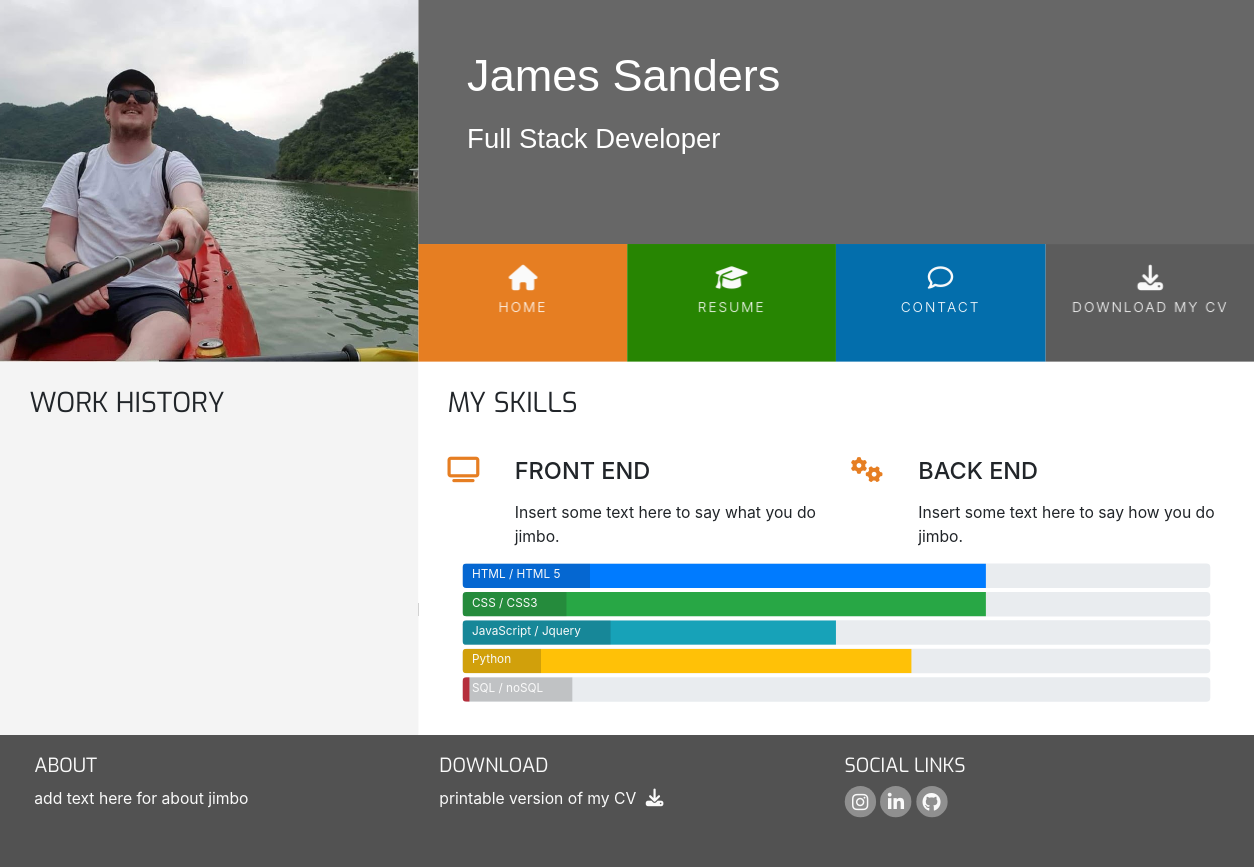
Repository: JaySanders95/my-online-resume
Page: resume.html
An editor plug-in stored every save of this project. The page is shown before and after the next save, followed by the edit.
The browser window is 1280 px wide. The pictures show the whole page, at 98% of full size.
Some web fonts or font styles are not loaded; a fallback is used. Some web libraries are served in a nearby version.

Above is the page before, as saved 2023-04-19 22:05:58.

After the next save:
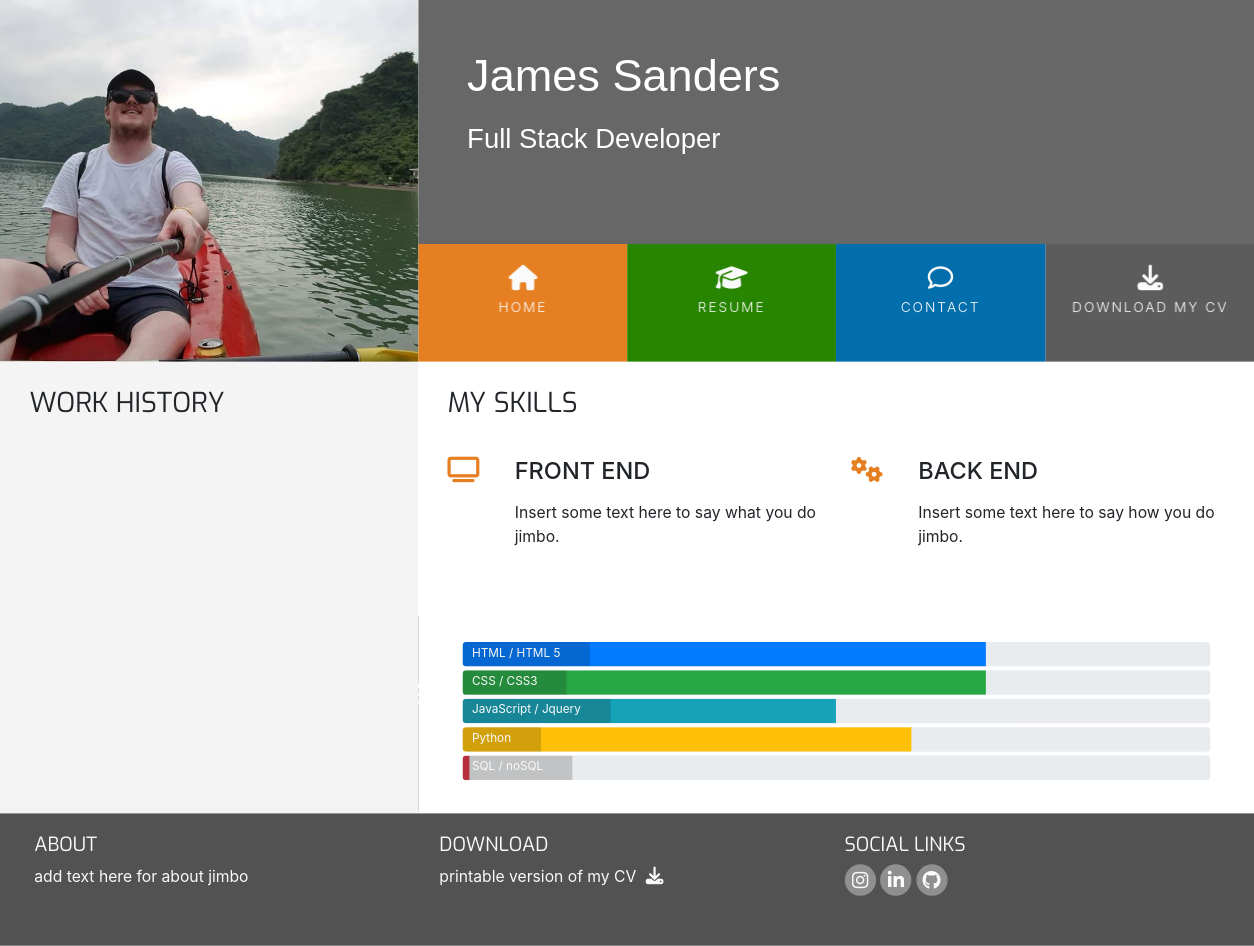
Saved 19 s later.
--- a/resume.html
+++ b/resume.html
@@ -92,6 +92,9 @@
                     </div>
 
                 </div>
+                <div class="row progress-section">
+
+                </div>
                 <div class="col">
                     <div class="progress">
                         <div class="progress-bar" role="progressbar" #
